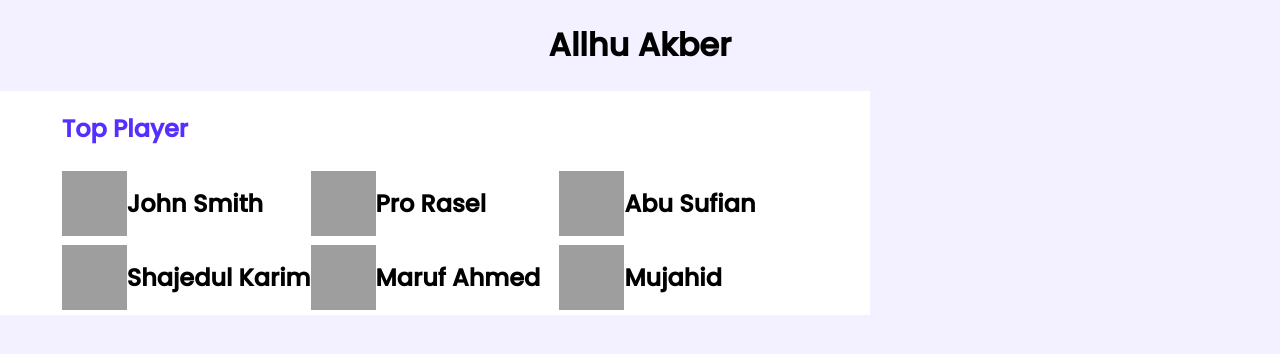
Repository: zjria/leader-board
Page: index.html
An editor plug-in stored every save of this project. The page is shown before and after a run of saves, followed by the edit.
The browser window is 1280 px wide. The pictures show the whole page.
Pictures or frames that could not be fetched are drawn as grey boxes.

Above is the page before, as saved 2022-09-03 09:16:20.

### index.html
<!DOCTYPE html>
<html lang="en">

<head>
    <meta charset="UTF-8">
    <meta http-equiv="X-UA-Compatible" content="IE=edge">
    <meta name="viewport" content="width=device-width, initial-scale=1.0">
    <title>leader-board</title>
    <!-- Custom CSS -->
    <link rel="stylesheet" href="/style/style.css">
</head>

<body>
    <h1>Allhu Akber</h1>
    <!-- Header Section -->
    <header>

    </header>
    <!-- Main Section -->
    <main>
        <section class="container">
            <div class="top-players">
                <h2 class="section-title">Top Player</h2>
                <div class="players">
                    <div class="player">
                        <img src="images/players/player-1.png" alt="">
                        <h2>John Smith</h2>
                    </div>
                    <div class="player">
                        <img src="images/players/player-2.png" alt="">
                        <h2>Pro Rasel</h2>
                    </div>
                    <div class="player">
                        <img src="images/players/player-3.png" alt="">
                        <h2>Abu Sufian</h2>
                    </div>
                    <div class="player">
                        <img src="images/players/player-4.png" alt="">
                        <h2>Shajedul Karim</h2>
                    </div>
                    <div class="player">
                        <img src="images/players/player-5.png" alt="">
                        <h2>Maruf Ahmed</h2>
                    </div>
                    <div class="player">
                        <img src="images/players/player-6.png" alt="">
                        <h2>Mujahid</h2>
                    </div>
                </div>
            </div>
        </section>
    </main>
</body>

</html>

### style/style.css
/* Google Fonts */
@import url('https://fonts.googleapis.com/css2?family=Poppins:wght@500&family=Roboto:wght@100;300;400;500;700;900&display=swap');

h1 {
    display: flex;
    justify-content: center;
}

/* Commant CSS Utilitis */
body {
    border: 0px;
    margin: 0px;
    font-family: 'Poppins', sans-serif;
    /* font-family: 'Roboto', sans-serif; */
    background-color: #F3F1FF;
}

/* Top Players Section */
.section-title {
    color: #562EFF;
    font-size: 24px;
}

.container {
    background-color: #FFFFFF;
    width: 870px;
    display: flex;
    justify-content: center;
}

.players {
    display: grid;
    grid-template-columns: repeat(3, 1fr);
}

.player {
    display: flex;
    align-items: center;
}

.player img {
    width: 65px;
    height: 65px;
}

After the next 2 saves:
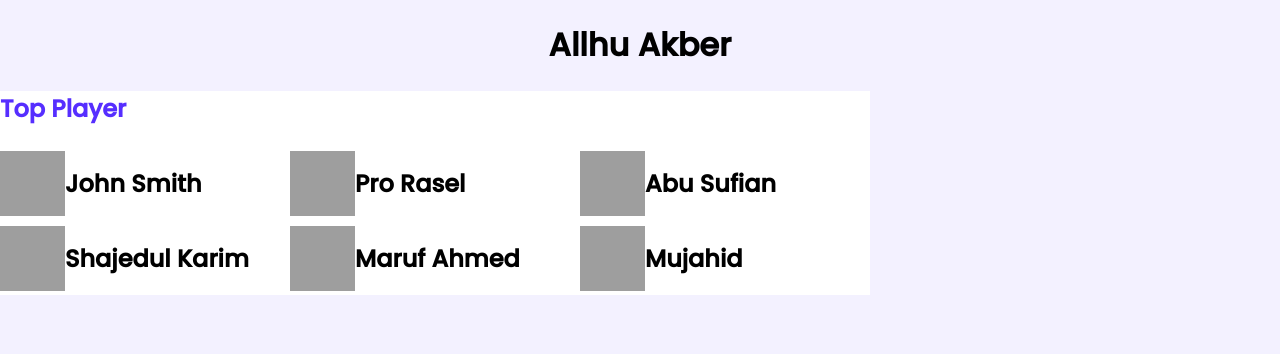
The 2 saves are shown as one change because they came seconds apart.
The last was saved 16 s later.
--- a/style/style.css
+++ b/style/style.css
@@ -24,8 +24,6 @@ body {
 .container {
     background-color: #FFFFFF;
     width: 870px;
-    display: flex;
-    justify-content: center;
 }
 
 .players {
